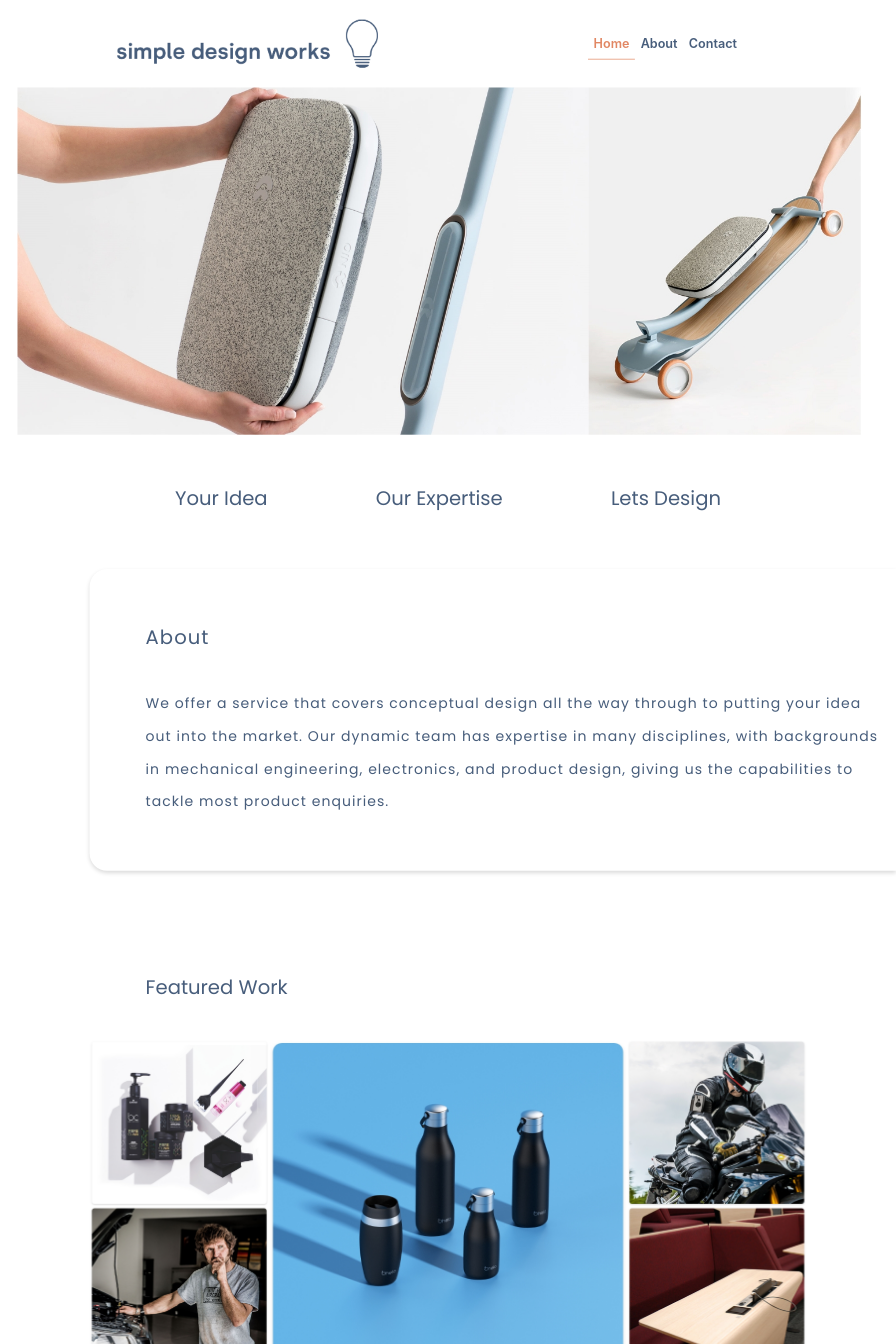
Repository: cobyfoster99/User-Centric-frontend-project
Page: index.html
The author's editor kept a record of every edit. The page is drawn from the files as they stood at one moment, then again after the next edit.
The browser window is 1280 px wide. The pictures show the part of the page from y = 0 to 1920 px (the page is 3247 px tall), at 70% of full size.
Some web libraries are served in a nearby version.

Above is the page before.

### index.html
<!DOCTYPE html>
<html lang="en">

<head>
    <meta charset="UTF-8">
    <meta name="viewport" content="width=device-width, initial-scale=1.0, max-scale=1.0">
    <meta http-equiv="X-UA-Compatible" content="ie=edge">
    <link rel="stylesheet" href="assets/css/style.css" type="text/css" />
    <link rel="stylesheet" href="https://stackpath.bootstrapcdn.com/font-awesome/4.7.0/css/font-awesome.min.css" type="text/css" />
    <script src="https://kit.fontawesome.com/78b1021543.js"></script>
    <link rel="stylesheet" href="https://stackpath.bootstrapcdn.com/bootstrap/4.3.1/css/bootstrap.min.css" integrity="sha384-ggOyR0iXCbMQv3Xipma34MD+dH/1fQ784/j6cY/iJTQUOhcWr7x9JvoRxT2MZw1T" crossorigin="anonymous">
    <title>Simple Design Works | Product Design Agency</title>
</head>

<body>

    <header>
        <nav class="navbar navbar-expand-md">
            <img class="logo" src="./assets/media-library/logo.png"></img>
            <button class="navbar-toggler navbar-light" type="button" data-toggle="collapse" data-target="#collapsibleNavbar">
    <span class="navbar-toggler-icon"></span>
  </button>
            <div class="collapse navbar-collapse nav-center" id="collapsibleNavbar">
                <ul class="navbar-nav">
                    <li class="nav-item">
                        <a class="nav-active nav-link" href="#">Home</a>
                    </li>
                    <li class="nav-item">
                        <a class="nav-link" href="#">About</a>
                    </li>
                    <li class="nav-item">
                        <a class="nav-link" href="#">Contact</a>
                    </li>
                </ul>
            </div>
        </nav>
    </header>

    <section>

        <!--------------------- Global Banner Image--------------------->
        <div class="container-fluid">
            <div class="row banner-image-container no-gutters">
                <img class="banner-image" src="assets/media-library/home_image.jpg"></img>
            </div>
        </div>

        <!--------------------- SDW Catch Phrase --------------------->
        <div class="container-fluid">
            <div class="col-12">
                <div class="catchphrase">
                    <h3 class="header-h3">Your Idea</h3>
                    <h3 class="header-h3">Our Expertise </h3>
                    <h3 class="header-h3">Lets Design</h3>
                </div>
            </div>
        </div>

        <!--------------------- Home Page About --------------------->
        <div class="container-about">
            <div class="about-section">
                <h3 class="about-h3 aligned-border">About</h3>
                <p class="aligned-border about-p">We offer a service that covers conceptual design all the way through to putting your idea out into the market. Our dynamic team has expertise in many disciplines, with backgrounds in mechanical engineering, electronics, and product design,
                    giving us the capabilities to tackle most product enquiries.

                </p>
            </div>
        </div>

        <!--------------------- Home Page Portfolio --------------------->
        <div class="container-porfolio text-center">
            <h3 class="left-Featured">Featured Work</h3>
            <div class="row no-gutters">
                <div class="col-lg-3 col-md-12 portfolio-skp"><img class="img-fluid padded-image" src="./assets/media-library/skp2.jpg"></img> <img class="img-fluid padded-image" src="./assets/media-library/guy.jpg"></img>
                </div>

                <div class="col-lg-6 col-md-12 text-center portfolio-skp"><img class="img-fluid padded-image" src="./assets/media-library/ohello.jpg"></img>
                </div>
                <div class="col-lg-3 col-md-12 portfolio-skp"><img class="img-fluid padded-image" src="./assets/media-library/Bike.jpg"></img> <img class="img-fluid padded-image padded-image" src="./assets/media-library/furniture.jpg"></img>
                </div>
            </div>
        </div>

        <!--------------------- Home Page Contact --------------------->

    </section>
    <div class="container-contact text-center">
        <h2 class="home-contact-header">Get In Touch!</h2>
        <form>

            <input type="ftext" name="full-name" placeholder="Full Name" class="full-name" />

            <input type="ftext" name="full-name" placeholder="Full Name" class="full-name" />

            <input type="ftext" name="full-name" placeholder="Full Name" class="full-name" />


            <textarea rows="8" name="discuss" placeholder="Discuss Your Idea..." class="dicuss-idea"></textarea>

            <input type="submit" value="Submit" class="submit-button" />
        </form>
    </div>

    <footer>
        <div class="container-fluid">
            <div class="row no-gutters footer-about">
                <div class="col-sm footer-section">
                    <h2 class="footer-h2">About</h2>
                    <p class="footer-p">We offer a service that covers conceptual design all the way through to putting your idea out into the market. Our dynamic team has expertise in many disciplines, with backgrounds in mechanical engineering, electronics, and product
                        design, giving us the capabilities to tackle most product enquiries.
                    </p>
                </div>
                <div class="col-sm footer-section footer-location">
                    <h2 class="footer-h2">Location</h2>
                    <p class="footer-p">Rural Enterprise Centre,<br> Rotherwas Industrial Estate<br> Hereford
                        <br> HR2 6FE<br>
                    </p>
                </div>
                <div class="col-sm footer-section footer-sitemap">
                    <h2 class="footer-h2">Sitemap</h2>
                    <p class="footer-p"><a class="footer-links" href="/home">Home</a> <br> <a class="footer-links" href="/about">About</a> <br> <a class="footer-links" href="/contact">Contact</a> <br>
                        <p class="footer-p">© simple design works 2019</p>
                    </p>
                </div>


            </div>
        </div>
    </footer>

</body>

</html>

### assets/css/style.css
/* ------------------------------------------- Typography */

@import url('https://fonts.googleapis.com/css?family=Poppins:400,600,700&display=swap');

h1,
h2,
h3,
h4,
h5,
p,
span {
    font-family: "poppins", sans-serif;
    color: #475D7B;
}



/* -------------------------------------------- Header */

header {
    background-color: #fffff;
    padding-top: 20px;
    padding-bottom: 20px;
}

.logo {
    width: auto;
    transition: all .5s ease-in-out;
    -moz-transition: all .5s ease-in-out;
    -webkit-transition: all .5s ease-in-out;
}

.list-inline {
    padding-top: 60px;
    padding-bottom: 40px;
    text-align: center;
}

.list-inline-item {
    padding-bottom: 10px;
}

.nav-center {
    margin-left: 300px;
    margin-right: auto;
}

.menucontainer {
    font-size: 0px;
    text-decoration: none;
}

.navbar-light .navbar-nav .nav-link {
    color: #475D7B;
}

.nav-link {
    font-size: 18px;
    text-align: center;
    text-decoration: none;
    color: #475D7B;
    font-weight: 600;
    transition: all .5s ease-in-out;
    -moz-transition: all .5s ease-in-out;
    -webkit-transition: all .5s ease-in-out;
}

.nav-item:hover {
    font-size: 14px;
    color: #E18763;
}

.nav-active {
    color: #E18763;
    border-bottom: 1px solid #E18763;
}

/* -------------------------------------------- Media Queries - Header */

@media only screen and (max-width: 1920px) and (min-width: 1220px) {
    header {
        margin-left: 150px;
    }
}

@media only screen and (max-width: 1440px) and (min-width: 768px) {
    .menuitem {
        padding-bottom: 10px;
    }
}




/* -------------------------------------------- Banner Image Global */

.banner-image {
    display: block;
    margin-left: auto;
    margin-right: auto;
    padding-left: 10px;
    max-width: 100%;
    height: auto;
}

/* -------------------------------------------- SDW Catchphrase Global */

.catchphrase {
    display: block;
    text-align: center;
    margin-left: auto;
    margin-right: auto;
    padding-bottom: 75px;
    padding-top: 75px;
}

.header-h3 {
    text-align: center;
    display: inline-block;
    padding-left: 10px;
}

/* -------------------------------------------- Home-page About */

.about-section {
    display: block;
    box-shadow: 0px 3px 6px rgba(0, 0, 0, 0.15);
    border-radius: 25px;
    margin-bottom: 50px;
}

.aligned-border {
    padding: 20px;
}

.about-h3 {
    padding-top: 75px;
    line-height: 35pt;
    letter-spacing: 1.5px;
}

.about-p {
    padding-top: 20px;
    padding-bottom: 75px;
    line-height: 35pt;
    letter-spacing: 1.5px;
    font-size: 20px;
}

.container-about {
    margin-left: auto;
    margin-right: auto;
    width: 80%;
}


/* -------------------------------------------- Media Queries - Home-page-about */

@media only screen and (max-width: 1920px) and (min-width: 1200px) {
    .container-about {
        margin-right: 0;
        margin-left: 10%;
        width: 90%;
    }
}

@media only screen and (max-width: 1920px) and (min-width: 1200px) {
    .about-section {
        border-radius: 25px 0px 0px 25px;
    }
}


@media only screen and (max-width: 1920px) and (min-width: 1200px) {
    .about-p,
    .about-h3 {

        padding-left: 80px;

    }
}

@media only screen and (max-width: 1220px) and (min-width: 320px) {
    .about-p,
    .about-h3 {

        line-height: normal;
        letter-spacing: normal;
        text-align: center;

    }
}

@media only screen and (max-width: 1220px) and (min-width: 320px) {
    .about-p {
        padding-bottom: 50px;
        padding-top: 0px;
        font-size: 16px;
    }
}

@media only screen and (max-width: 1220px) and (min-width: 320px) {
    .about-h3 {
        padding-top: 50px;
    }
}



/* -------------------------------------------- Media Queries - Catchphrase Global */

@media only screen and (max-width: 1920px) and (min-width: 768px) {
    .header-h3 {
        padding-left: 75px;
        padding-right: 75px;
    }
}






/* -------------------------------------------- Footer */

footer {
    background-color: #f1f1f1;
    padding-top: 20px;
    padding-bottom: 20px;
}

.footer-section {
    text-align: left;
    padding-top: 20px;
    padding-bottom: 20px;
}


.footer-h2 {
    padding-bottom: 20px;
    font-size: 24px;
    text-align: left;
}

.footer-p {
    font-size: 16px;
    line-height: 22pt;
    text-align: left;
}

.footer-links {
    text-decoration: none;
    color: #475D7B;
}

.footer-links:hover {
    text-decoration: none;
    color: #475D7B;
}

/* -------------------------------------------- Media Queries - Footer */

@media only screen and (max-width: 1920px) and (min-width: 1220px) {
    .footer-location {
        margin-left: 180px;
    }
}

@media only screen and (max-width: 1920px) and (min-width: 1220px) {
    footer {
        padding-left: 250px;
        padding-right: 250px;
    }
}

@media only screen and (max-width: 1200px) and (min-width: 768px) {
    footer {
        padding-left: 50px;
        padding-right: 0px;
    }
}

@media only screen and (max-width: 1440px) and (min-width: 768px) {
    .footer-sitemap,
    .footer-location {
        margin-left: 50px;
        padding-right: 0px;
    }
}

@media only screen and (max-width: 1200px) and (min-width: 386px) {
    .footer-p {
        font-size: 14px;
    }
}





/* -------------------------------------------- Portfolio Section - Homepage*/

.container-porfolio {
    margin-left: auto;
    margin-right: auto;
    width: 80%;
    padding-top: 100px;
    padding-bottom: 100px;
}

.portfolio-title {
    padding-left: 80px;
    padding-bottom: 50px;
}

@media only screen and (max-width: 1200px) and (min-width: 300px) {
    .portfolio-title {
        padding-left: 0px;
        text-align: center;
        padding-bottom: 20px;
    }
}

.skp-image {
    transition: all .5s ease-in-out;
    -moz-transition: all .5s ease-in-out;
    -webkit-transition: all .5s ease-in-out;
    display: inline-block;
}


@media only screen and (max-width: 1200px) and (min-width: 300px) {
    .container-portfolio {
        width: 100%;
        margin: 0;
    }
}

.folio-image {
    max-width: 100%;
    width: auto;
    min-height: auto;
    vertical-align: top;
    margin-right: auto;
    margin-left: auto;
    padding-top: 25px;
}

.folio-image-right {
    vertical-align: top;
    float: left;
    text-align: right;
}

.portfolio-skp {
    margin-left: auto;
    margin-right: auto;
}

@media only screen and (max-width: 1920px) and (min-width: 1200px) {
    .portfolio-item-large {
        margin: 0;
    }
}

.padded-image {
    padding-bottom: 0px;
}

@media only screen and (max-width: 1920px) and (min-width: 1200px) {
    .left-Featured {
        text-align: left;
        padding-left: 80px;
    }

}

.left-Featured {
    padding-bottom: 50px;
}


/* -------------------------------------------- Contact Section - Homepage*/

.container-contact {
    margin-left: auto;
    margin-right: auto;
    width: 80%;
    padding-bottom: 100px;
}

.full-name {
    margin-top: 20px;
    width: 100%;
    height: 50px;
    box-shadow: 0px 3px 6px rgba(0, 0, 0, 0.15);
    border-radius: 10px;
    border: none;
    font-family: "poppins", sans-serif;
    font-size: 16px;
}

::-webkit-input-placeholder {
    color: #475D7B;
    padding-left: 20px;
}


.dicuss-idea {
    margin-top: 20px;
    width: 100%;
    box-shadow: 0px 3px 6px rgba(0, 0, 0, 0.15);
    border-radius: 10px;
    border: none;
    font-family: "poppins", sans-serif;
    font-size: 16px;
}

.submit-button {
    width: 30%;
    margin-top: 20px;
    margin-left: 0;
    height: 50px;
    border-radius: 10px;
    border: none;

}

After the next edit:
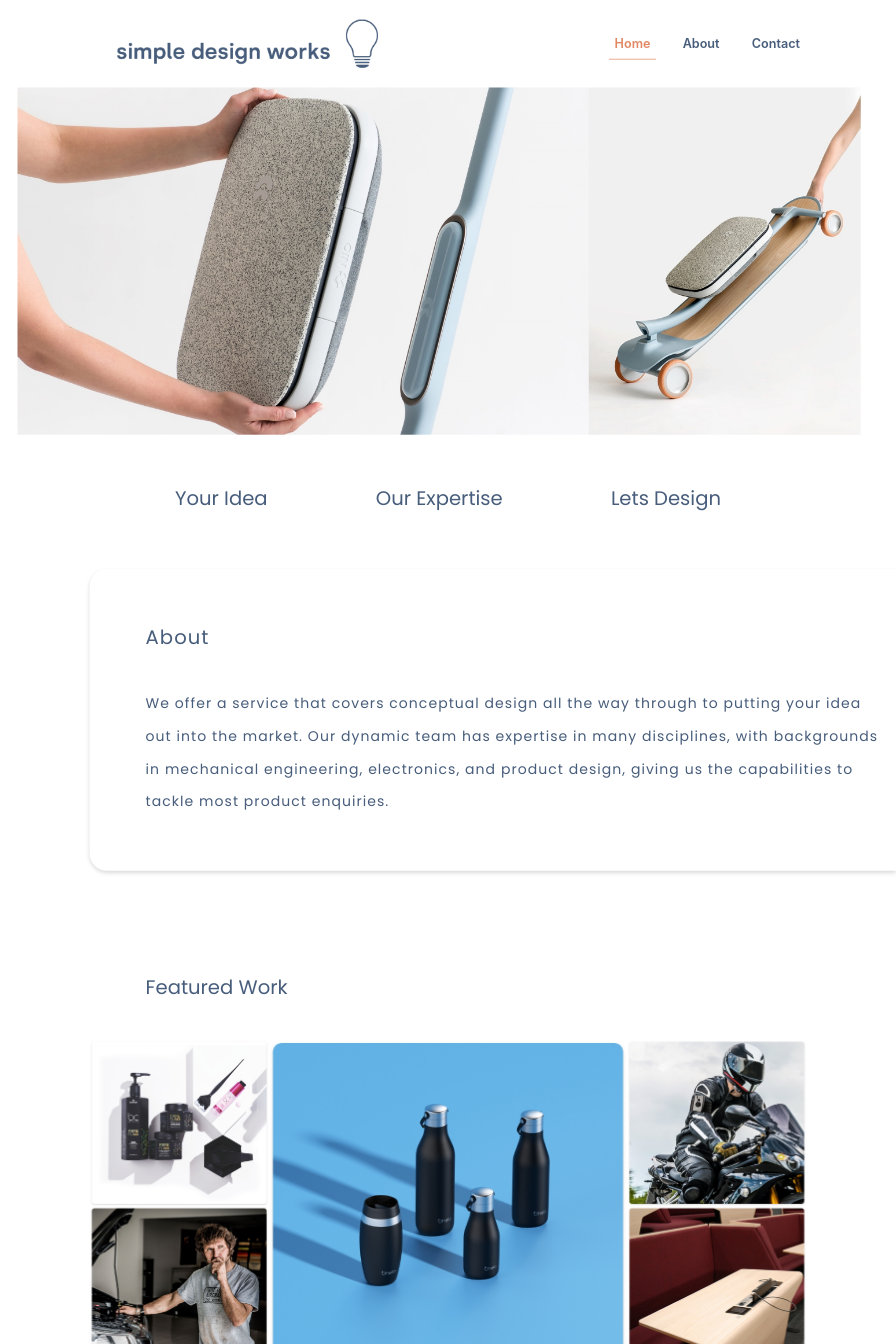
The edit:
--- a/assets/css/style.css
+++ b/assets/css/style.css
@@ -65,6 +65,9 @@
     -webkit-transition: all .5s ease-in-out;
 }
 
+.nav-item {
+    padding-left: 30px;
+}
 .nav-item:hover {
     font-size: 14px;
     color: #E18763;
